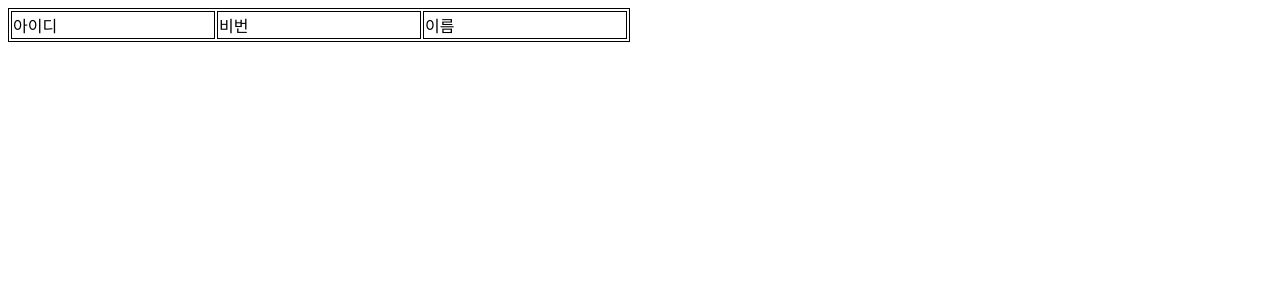
Repository: juntae710/acorn_web
Page: http://localhost/ptj0829/list.jsp
The author's editor kept a copy of each file at every save. The page is drawn from the files as they stood at one save, then again after the next save.
The browser window is 1280 px wide. The pictures show the whole page.
The page is served by Tomcat 9. Queries for data that is not in the repository find no rows.

Above is the page before, as saved 2023-08-29 01:15:26.

### ptj0829/src/main/webapp/list.jsp
<%@ page language="java" contentType="text/html; charset=UTF-8"
	pageEncoding="UTF-8"%>
<%@  page import="java.sql.*"%>

<!DOCTYPE html>
<html>
<head>
<meta charset="UTF-8">
<title>Insert title here</title>
<style>
table{
border: 1px solid black;
}
td{
border: 1px solid black;
width: 200px;
}
.a td{
text-align: center;
}
</style>
</head>
<body>
	<table name = "a">
		<tr>
			<td>아이디</td>
			<td>비번</td>
			<td>이름</td>
		</tr>
		<%
		Connection con = null;
		Statement st = null;
		ResultSet rs = null;
		try {
			//데이터 베이스 연결정보
			String driver = "oracle.jdbc.driver.OracleDriver";
			String url = "jdbc:oracle:thin:@localhost:1521:xe";
			String user = "scott";
			String password = "tiger";

			//1. 오라클드라이버 로딩
			Class.forName(driver);
			//2. 데이터베이스 연결
			con = DriverManager.getConnection(url, user, password);
			//3. statement 얻어오기
			st = con.createStatement();
			//4. 필요한 sql 작성
			String sql = "select * from acorntbl";
			//5. 최종적으로 실행
			rs = st.executeQuery(sql);
			//6. 가져온 쿼리 결과를 화면에 출력하기
			while (rs.next()) {
		%>

		<tr>
			<td><%=rs.getString(1) %></td>
			<td><%=rs.getString(2) %></td>
			<td><%=rs.getString(3) %></td>
		</tr>

		<%
		}
		} catch (Exception e) {
		e.printStackTrace();
		} finally { //자원의 반납
		if (rs != null)
		rs.close();
		if (st != null)
		st.close();
		if (con != null)
		con.close();
		}
		%>
	</table>
</body>
</html>

After the next save:
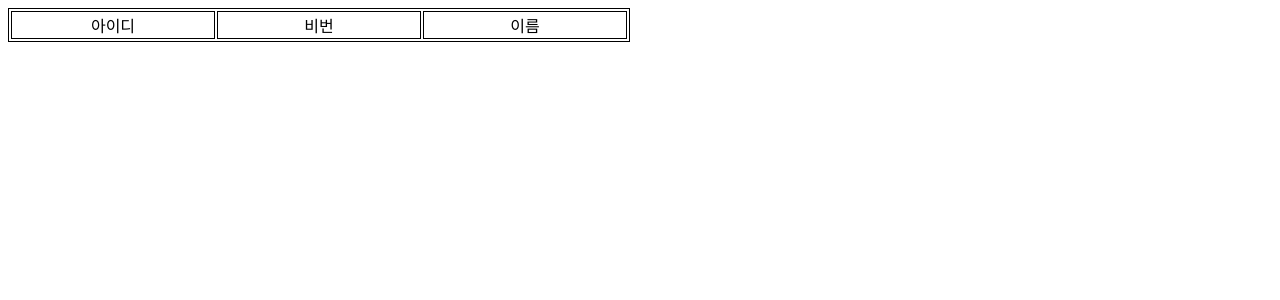
Saved 20 s later.
--- a/ptj0829/src/main/webapp/list.jsp
+++ b/ptj0829/src/main/webapp/list.jsp
@@ -21,7 +21,7 @@
 </style>
 </head>
 <body>
-	<table name = "a">
+	<table class = "a">
 		<tr>
 			<td>아이디</td>
 			<td>비번</td>

After the save that followed:
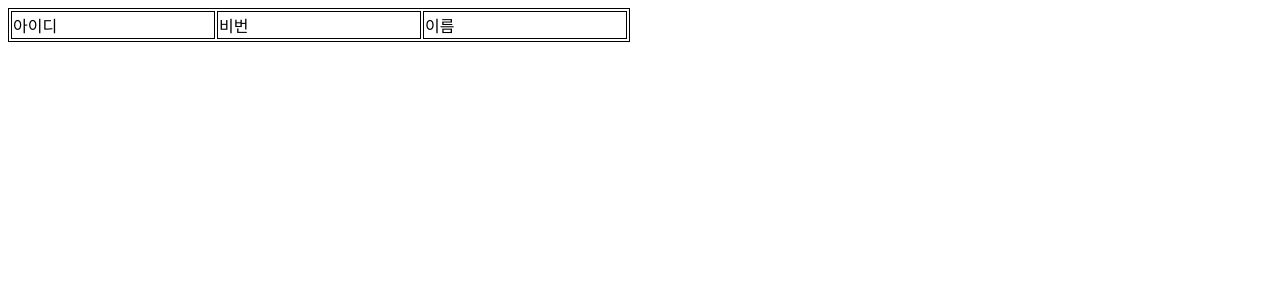
Saved 22 s later.
--- a/ptj0829/src/main/webapp/list.jsp
+++ b/ptj0829/src/main/webapp/list.jsp
@@ -15,7 +15,7 @@
 border: 1px solid black;
 width: 200px;
 }
-.a td{
+.atd{
 text-align: center;
 }
 </style>
